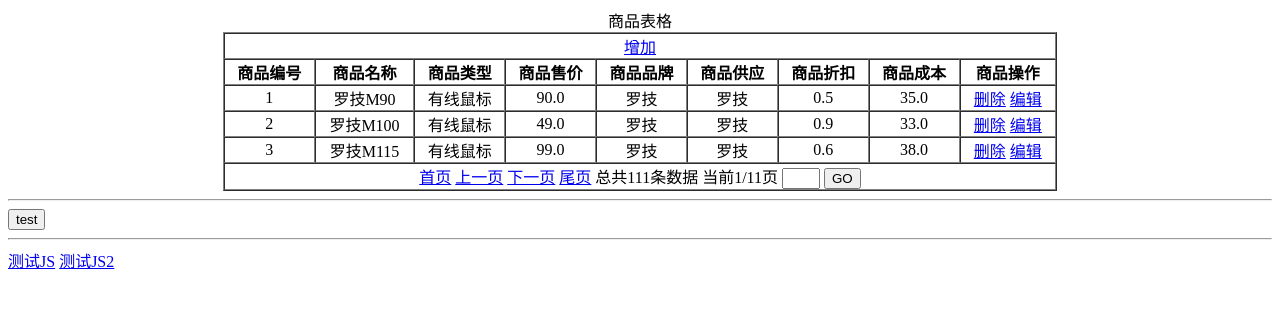
Repository: qyl1006/JavaApps
Page: workspace/web-01-html/WebContent/hello/list03.html
The author's editor kept a copy of each file at every save. The page is drawn from the files as they stood at one save, then again after the next save.
The browser window is 1280 px wide. The pictures show the whole page.

Above is the page before, as saved 2018-02-27 12:07:51.

After the next save:
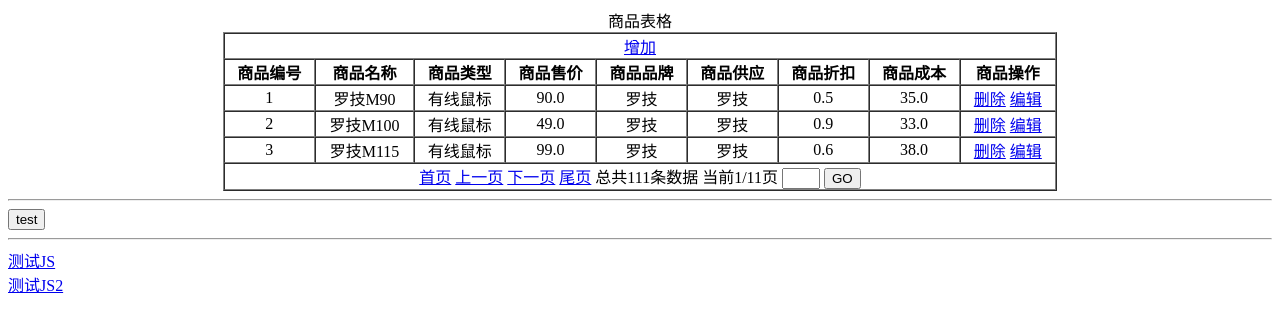
Saved 44 s later.
--- a/workspace/web-01-html/WebContent/hello/list03.html
+++ b/workspace/web-01-html/WebContent/hello/list03.html
@@ -89,7 +89,7 @@
 	<input type="button" value="test" onclick="alert(123)"/>
 
 	<hr>
-	<a href="JavaScript:alert(12306)">测试JS</a>
+	<a href="JavaScript:alert(12306)">测试JS</a>	<br>
 	<a href="JavaScript:add()">测试JS2</a>
 </body>
 </html>
